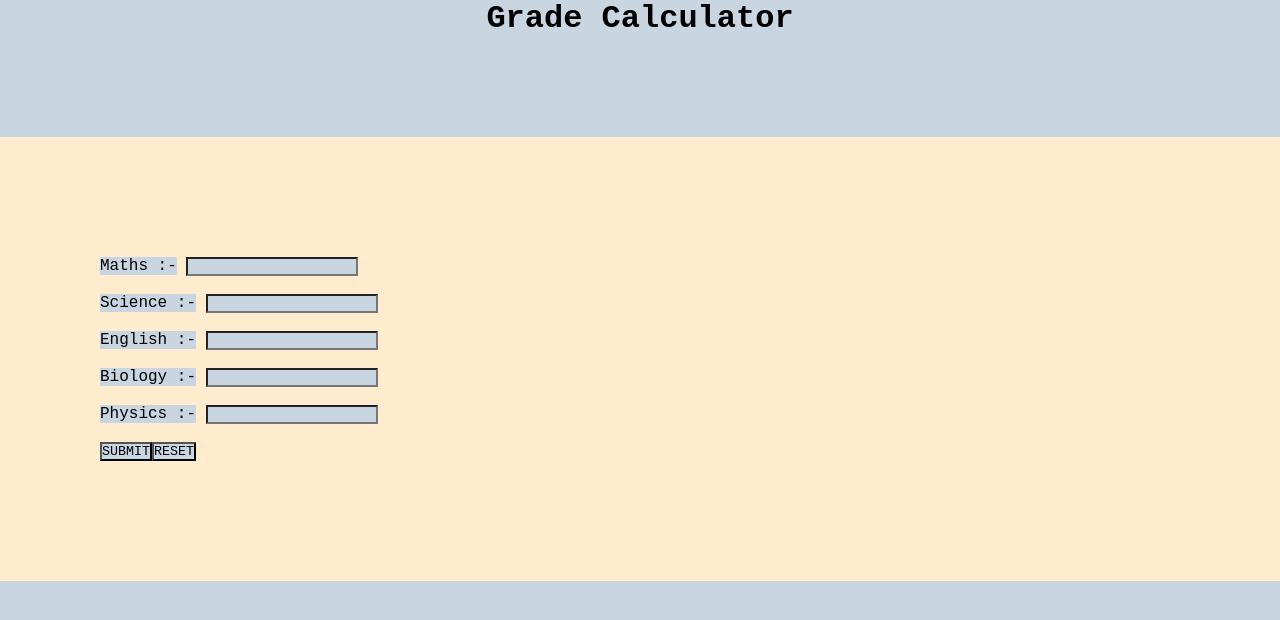
Repository: neelpatel6262/task-manager
Page: index.html
The author's editor kept a copy of each file at every save. The page is drawn from the files as they stood at one save, then again after the next save.
The browser window is 1280 px wide. The pictures show the whole page.
Some web fonts or font styles are not loaded; a fallback is used.

Above is the page before, as saved 2025-07-17 15:59:39.

After the next save:
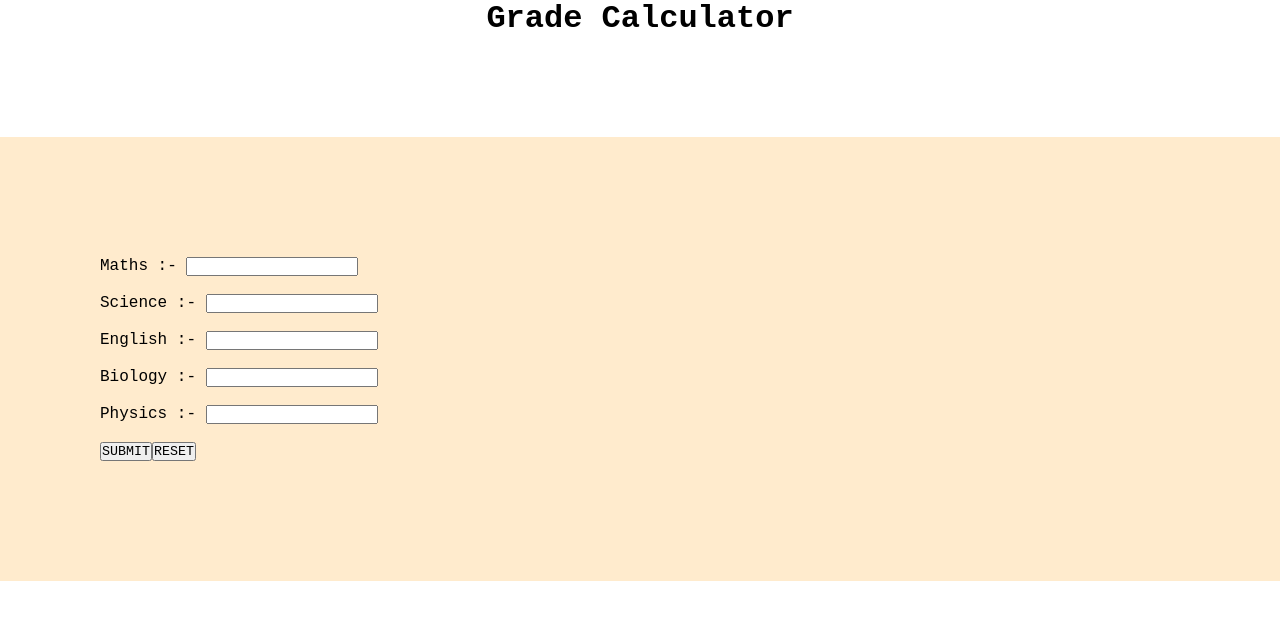
Saved 11 s later.
--- a/style.css
+++ b/style.css
@@ -3,7 +3,7 @@
   padding: 0;
   box-sizing: border-box;
  font-family: "DM Mono", monospace;
- background-color:oklch(0.869 0.022 252.894);
+ /* background-color:oklch(0.869 0.022 252.894); */
 }
 
 h1{
